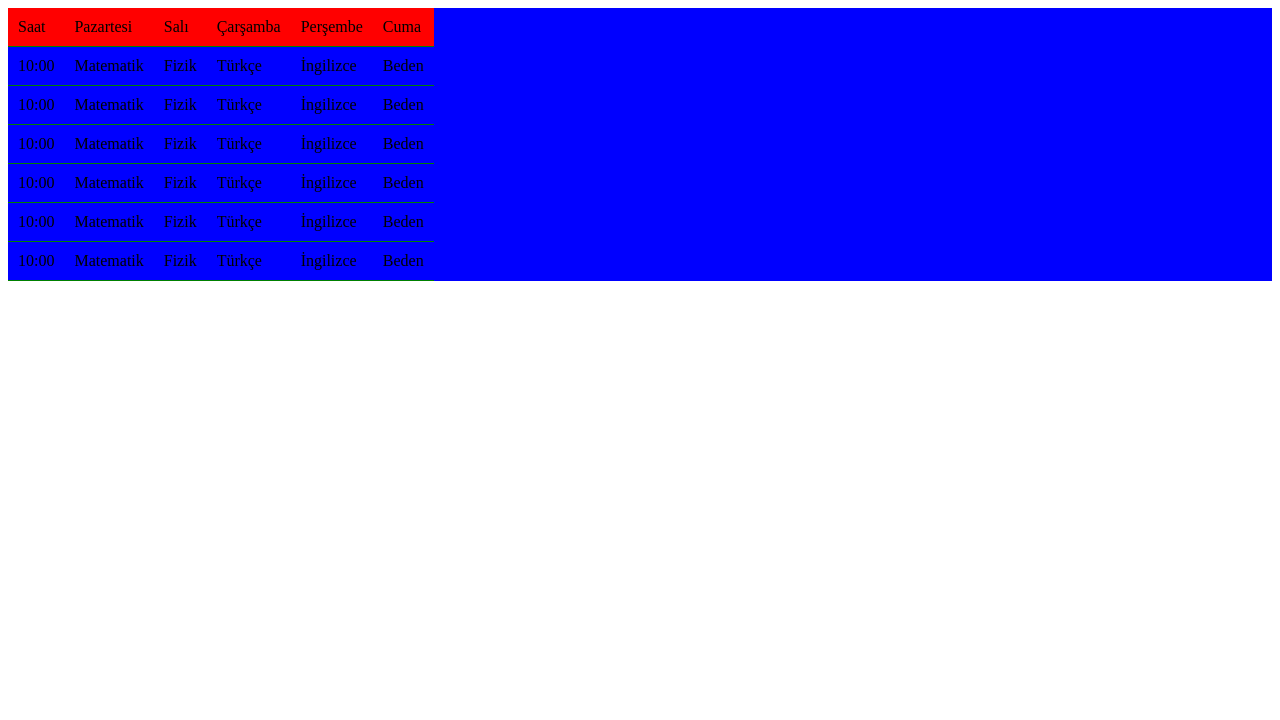
Repository: ahmetbugraozcan/css-ders-programi
Page: deneme2.html
An editor plug-in stored every save of this project. The page is shown before and after the next save, followed by the edit.
The browser window is 1280 px wide. The pictures show the whole page.

Above is the page before, as saved 2021-07-10 14:33:03.

### deneme2.html
<!DOCTYPE html>
<html>

<head>
    <style>
        *{
            box-sizing: border-box;
        }
        .head {
            background-color: red;

        }
        .row {
            overflow: hidden;
            display: flex;
            flex-direction: row;
            flex-wrap: wrap;
            background-color: blue;
        }
        .row > div > div{
            border-bottom: 1px solid green;
        }

        .row > div > div , .head{
            padding: 10px;
            size: 100;
        }

    </style>
</head>

<body>
    <div class="row">
        <div>
            <div class="head"> Saat</div>
            <div>10:00</div>
            <div>10:00</div>
            <div>10:00</div>
            <div>10:00</div>
            <div>10:00</div>
            <div>10:00</div>
        </div>
        <div>
            <div class="head"> Pazartesi</div>
            <div>Matematik</div>
            <div>Matematik</div>
            <div>Matematik</div>
            <div>Matematik</div>
            <div>Matematik</div>
            <div>Matematik</div>
        </div>
        <div>
            <div class="head">Salı</div>
            <div>Fizik</div>
            <div>Fizik</div>
            <div>Fizik</div>
            <div>Fizik</div>
            <div>Fizik</div>
            <div>Fizik</div>
        </div>
        <div>
            <div class="head">Çarşamba</div>
            <div>Türkçe</div>
            <div>Türkçe</div>
            <div>Türkçe</div>
            <div>Türkçe</div>
            <div>Türkçe</div>
            <div>Türkçe</div>

        </div>
        <div>
            <div class="head">Perşembe</div>
            <div>İngilizce</div>
            <div>İngilizce</div>
            <div>İngilizce</div>
            <div>İngilizce</div>
            <div>İngilizce</div>
            <div>İngilizce</div>
        </div>
        <div>
            <div class="head">Cuma</div>
            <div>Beden</div>
            <div>Beden</div>
            <div>Beden</div>
            <div>Beden</div>
            <div>Beden</div>
            <div>Beden</div>

        </div>
    </div>

</body>

</html>

After the next save:
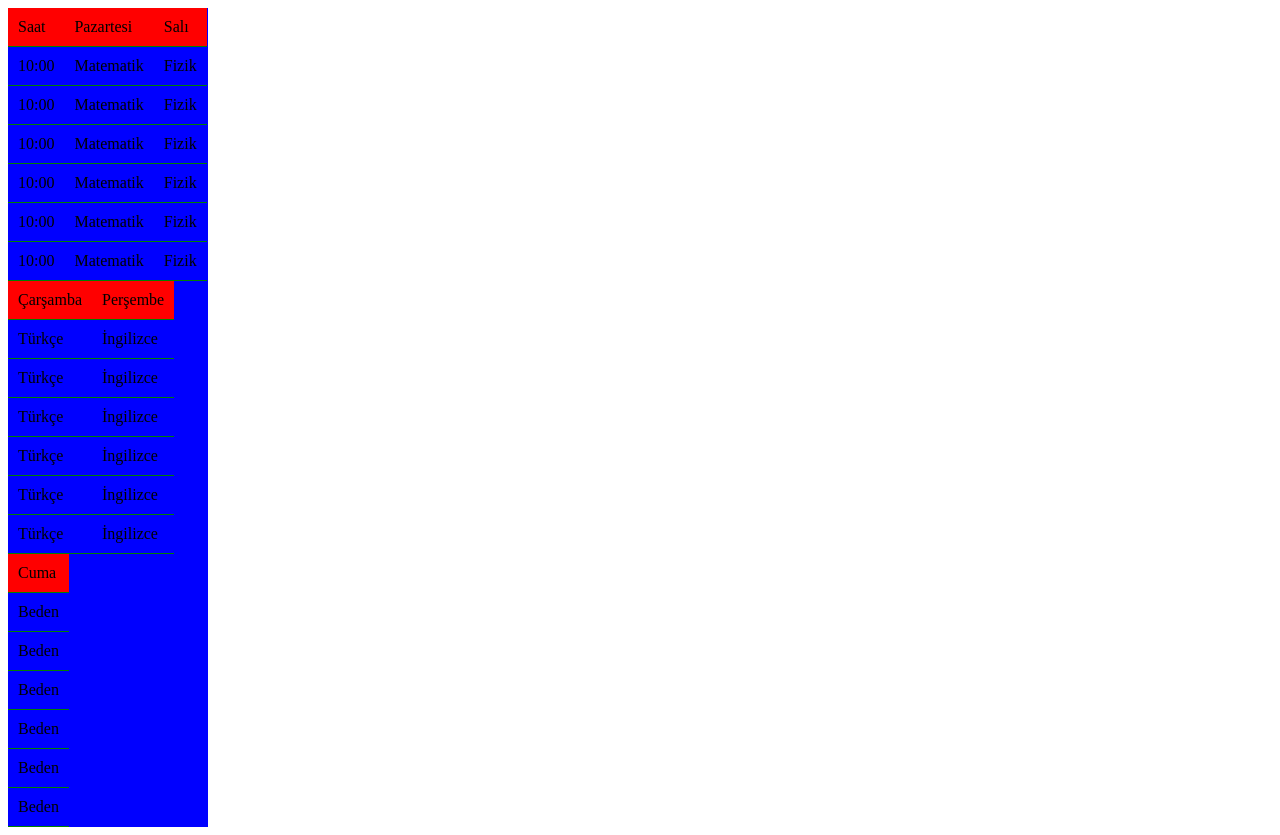
Saved 12 s later.
--- a/deneme2.html
+++ b/deneme2.html
@@ -16,6 +16,7 @@
             flex-direction: row;
             flex-wrap: wrap;
             background-color: blue;
+            width: 200px;
         }
         .row > div > div{
             border-bottom: 1px solid green;
@@ -23,7 +24,6 @@
 
         .row > div > div , .head{
             padding: 10px;
-            size: 100;
         }
 
     </style>
